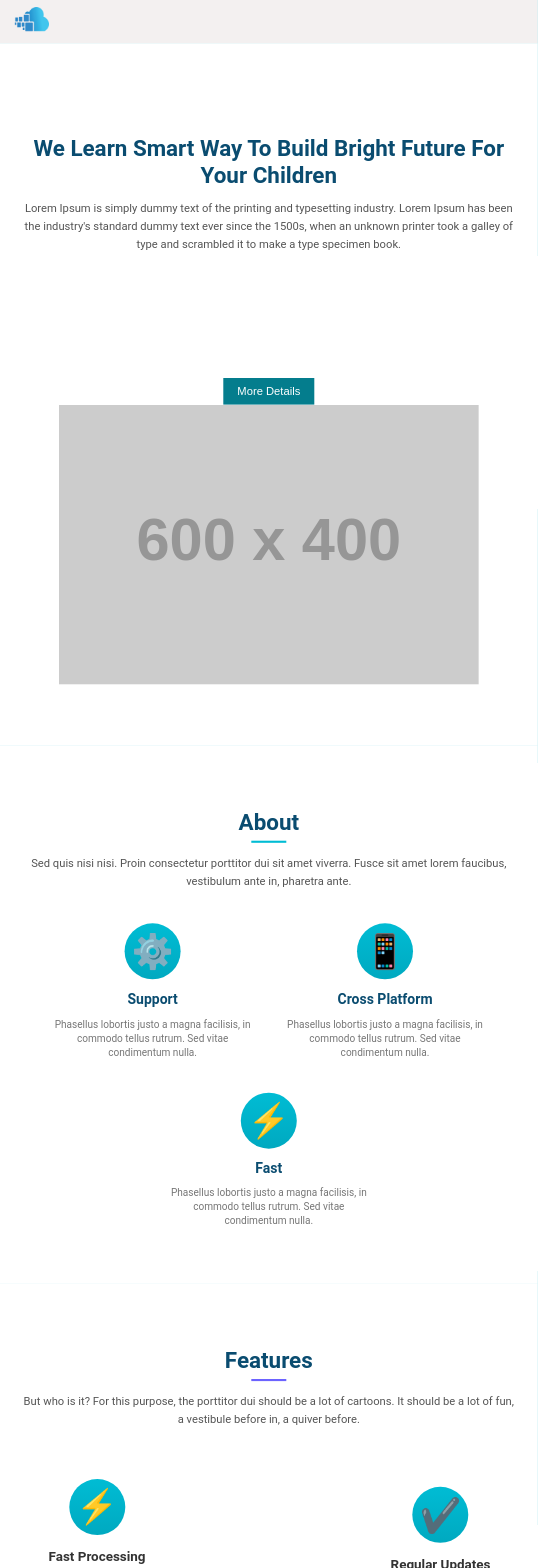
Repository: gautamsonam011/Institute
Page: /
These files come from the project's save history. The page is drawn as it stood at one moment and after the next save; the edit follows.
The browser window is 768 px wide. The pictures show the part of the page from y = 0 to 2240 px (the page is 4413 px tall before and 4434 px after), at 70% of full size.
The project was rebuilt for these pictures with package versions that can differ from the ones it lists, and the page was loaded fresh each time. Also part of the build but not shown: vite.config.js, src/Header.jsx, src/Sidebar.jsx, src/Home.jsx, src/students/Addstudent.jsx, src/students/allstudent.css, src/students/Allstudents.jsx, src/Fee management/feehead.css and 9 more.

Above is the page before, as saved 2024-11-28 10:42:07.

After the next save:
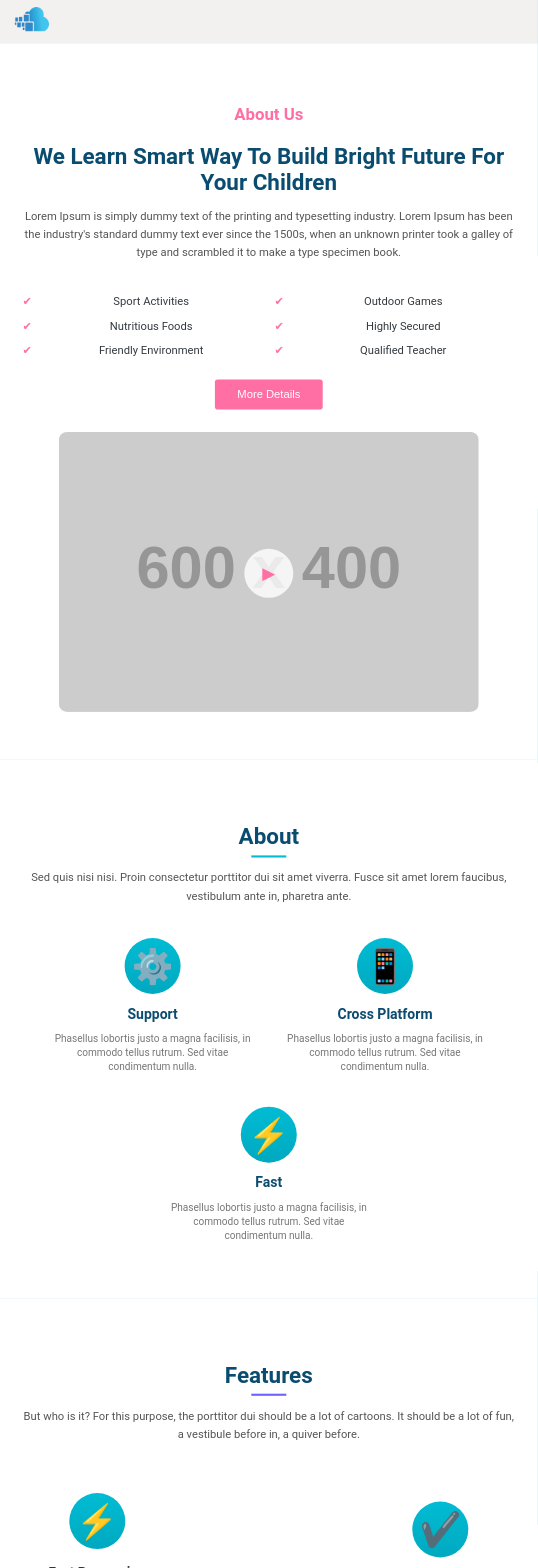
Saved 12 s later.
--- a/src/components/main.css
+++ b/src/components/main.css
@@ -1,80 +1,112 @@
-/* Hero Section Styling */
-.hero-section {
+/* About Section Styling */
+.about-section {
   display: flex;
   align-items: center;
   justify-content: space-between;
-  padding: 2rem;
+  gap: 2rem;
+  padding: 3rem;
   background-color: #fefefe;
-  background-image: url("https://via.placeholder.com/900x600"); /* Replace with actual background */
-  background-size: cover;
-  background-position: center;
-  color: white;
-  flex-wrap: wrap; /* Makes layout responsive */
+  flex-wrap: wrap; /* Makes it responsive */
 }
 
-.hero-content {
+.about-content {
   max-width: 50%;
-  margin: 2rem;
 }
 
-.subtitle {
+.about-heading {
+  color: #ff6fa3;
   font-size: 1.5rem;
-  font-weight: 400;
-  color: #ff6fa3;
+  font-weight: 600;
   margin-bottom: 1rem;
 }
 
-.title {
-  font-size: 3rem;
+.about-title {
+  font-size: 2.5rem;
   font-weight: 700;
   margin-bottom: 1.5rem;
+  color: #343a40;
 }
 
-.hero-buttons {
-  display: flex;
-  gap: 1rem;
+.about-description {
+  font-size: 1rem;
+  line-height: 1.8;
+  margin-bottom: 1.5rem;
+  color: #555;
 }
 
-.btn {
-  font-size: 1.2rem;
-  padding: 0.8rem 2rem;
+.about-list {
+  display: grid;
+  grid-template-columns: repeat(2, 1fr);
+  gap: 1rem;
+  margin-bottom: 2rem;
+  list-style: none;
+  padding: 0;
+}
+
+.about-list li {
+  font-size: 1rem;
+  color: #343a40;
+  position: relative;
+  padding-left: 1.5rem;
+}
+
+.about-list li::before {
+  content: "✔";
+  position: absolute;
+  left: 0;
+  color: #ff6fa3;
+}
+
+.about-button {
+  background-color: #ff6fa3;
+  color: white;
   border: none;
   border-radius: 4px;
+  padding: 0.8rem 2rem;
+  font-size: 1rem;
   cursor: pointer;
 }
 
-.btn-pink {
-  background-color: #ff6fa3;
-  color: white;
+.about-image-container {
+  position: relative;
+  max-width: 45%;
 }
 
-.btn-outline {
-  background-color: transparent;
-  color: #ff6fa3;
-  border: 2px solid #ff6fa3;
+.about-image {
+  width: 100%;
+  border-radius: 12px;
 }
 
-.hero-image img {
-  max-width: 100%;
-  height: auto;
-  border-radius: 8px;
+.play-button {
+  position: absolute;
+  top: 50%;
+  left: 50%;
+  transform: translate(-50%, -50%);
+  background-color: rgba(255, 255, 255, 0.8);
+  border-radius: 50%;
+  width: 70px;
+  height: 70px;
+  display: flex;
+  align-items: center;
+  justify-content: center;
+  font-size: 1.5rem;
+  color: #ff6fa3;
+  cursor: pointer;
 }
 
 /* Responsive Design */
 @media (max-width: 768px) {
-  .hero-section {
+  .about-section {
     flex-direction: column;
     text-align: center;
     padding: 1.5rem;
   }
 
-  .hero-content {
+  .about-content {
     max-width: 100%;
-    margin: 0;
-    margin-bottom: 2rem;
   }
 
-  .hero-buttons {
-    justify-content: center;
+  .about-image-container {
+    max-width: 100%;
   }
 }
